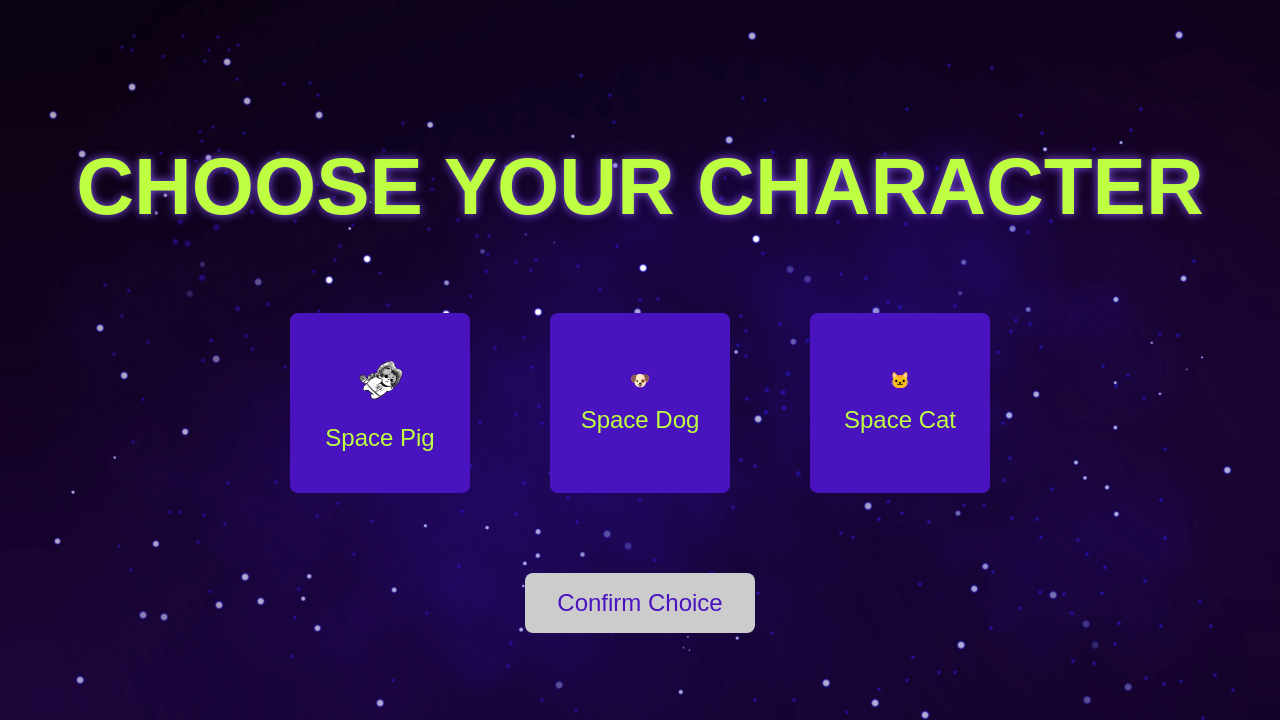
Repository: brunaguarizo/SpaceFarm
Page: index.html
The author's editor kept a copy of each file at every save. The page is drawn from the files as they stood at one save, then again after a run of saves.
The browser window is 1280 px wide. The pictures show the whole page.
Some web fonts or font styles are not loaded; a fallback is used.

Above is the page before, as saved 2025-04-24 11:34:38.

After the next 2 saves:
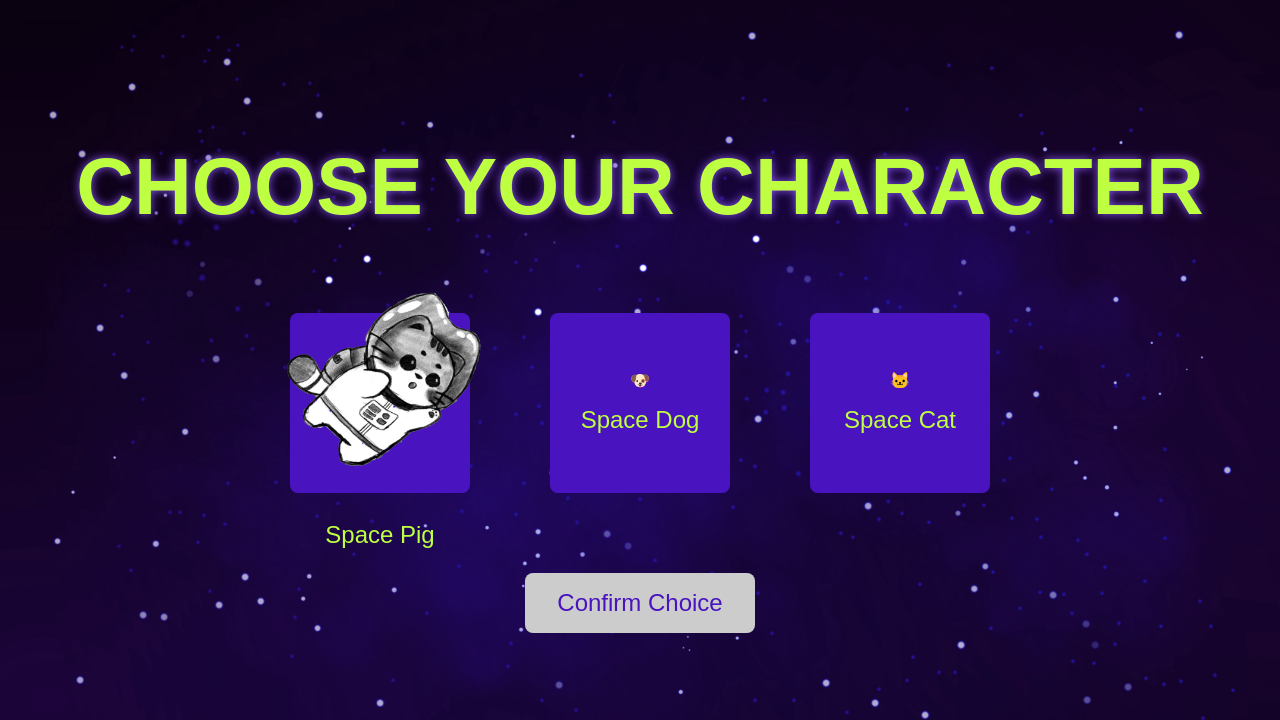
The 2 saves are shown as one change because they came seconds apart.
The last was saved 10 s later.
--- a/styles.css
+++ b/styles.css
@@ -66,7 +66,7 @@ body {
 }
 
 .character-img {
-    width: var(--space-extra-large);
+    width: 150%;
     height: auto;
     display: flex;
     justify-content: center;
